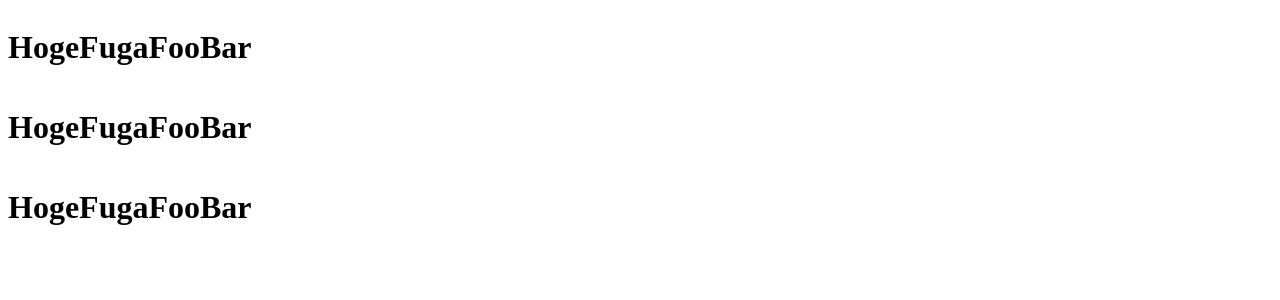
Repository: seikoseiko/samurai_HTML-CSS
Page: flex-wrap.html
The author's editor kept a record of every edit. The page is drawn from the files as they stood at one moment, then again after the next edit.
The browser window is 1280 px wide. The pictures show the whole page.

Above is the page before.

### flex-wrap.html
<html lang="ja">
    <head>
        <style>
            #no-wrap {
                display: flex;
                flex-wrap:nowrap;
            }

            #wrap {
                display: flex;
                flex-wrap:wrap;
            }

            #wrap-reverse {
                display: flex;
                flex-wrap:wrap-reverse;
            }

        </style>
    </head>
    <body>
        <div id="no-wrap">
            <h1>Hoge</h1>
            <h1>Fuga</h1>
            <h1>Foo</h1>
            <h1>Bar</h1>
        </div>

        <div id="wrap">
           <h1>Hoge</h1>
           <h1>Fuga</h1>
           <h1>Foo</h1>
           <h1>Bar</h1>
        </div>

        <div id="wrap-reverse">
            <h1>Hoge</h1>
            <h1>Fuga</h1>
            <h1>Foo</h1>
            <h1>Bar</h1>
        </div>


 </body>
</html>

After the next edit:
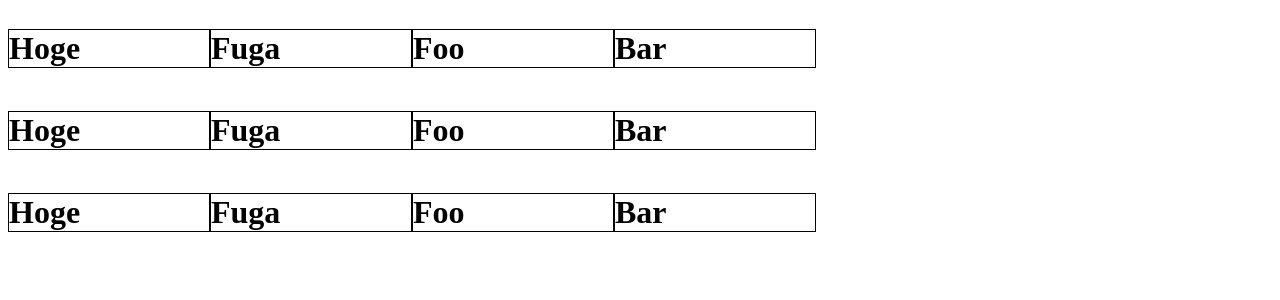
The edit:
--- a/flex-wrap.html
+++ b/flex-wrap.html
@@ -15,7 +15,10 @@
                 display: flex;
                 flex-wrap:wrap-reverse;
             }
-
+            h1{
+                width:200px;
+                border:1px solid #000;
+            }
         </style>
     </head>
     <body>
